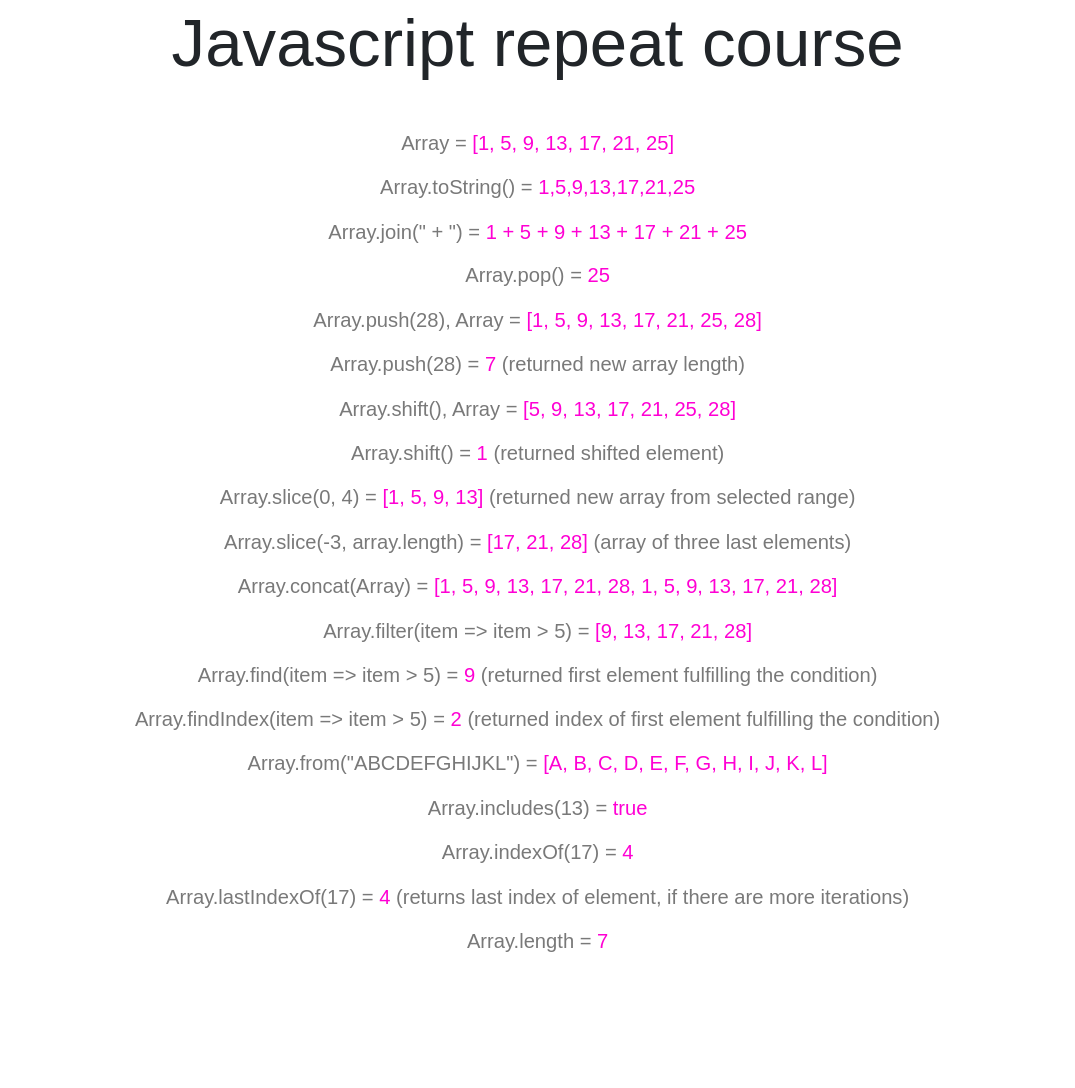
Repository: michalgornicki/javascript
Page: /
An editor plug-in stored every save of this project. The page is shown before and after a run of saves, followed by the edit.
The browser window is 1280 px wide. The pictures show the whole page, at 84% of full size.
The project was rebuilt for these pictures with package versions that can differ from the ones it lists, and the page was loaded fresh each time. Also part of the build but not shown: src/index.css.

Above is the page before, as saved 2022-01-31 13:24:58.

After the next 2 saves:
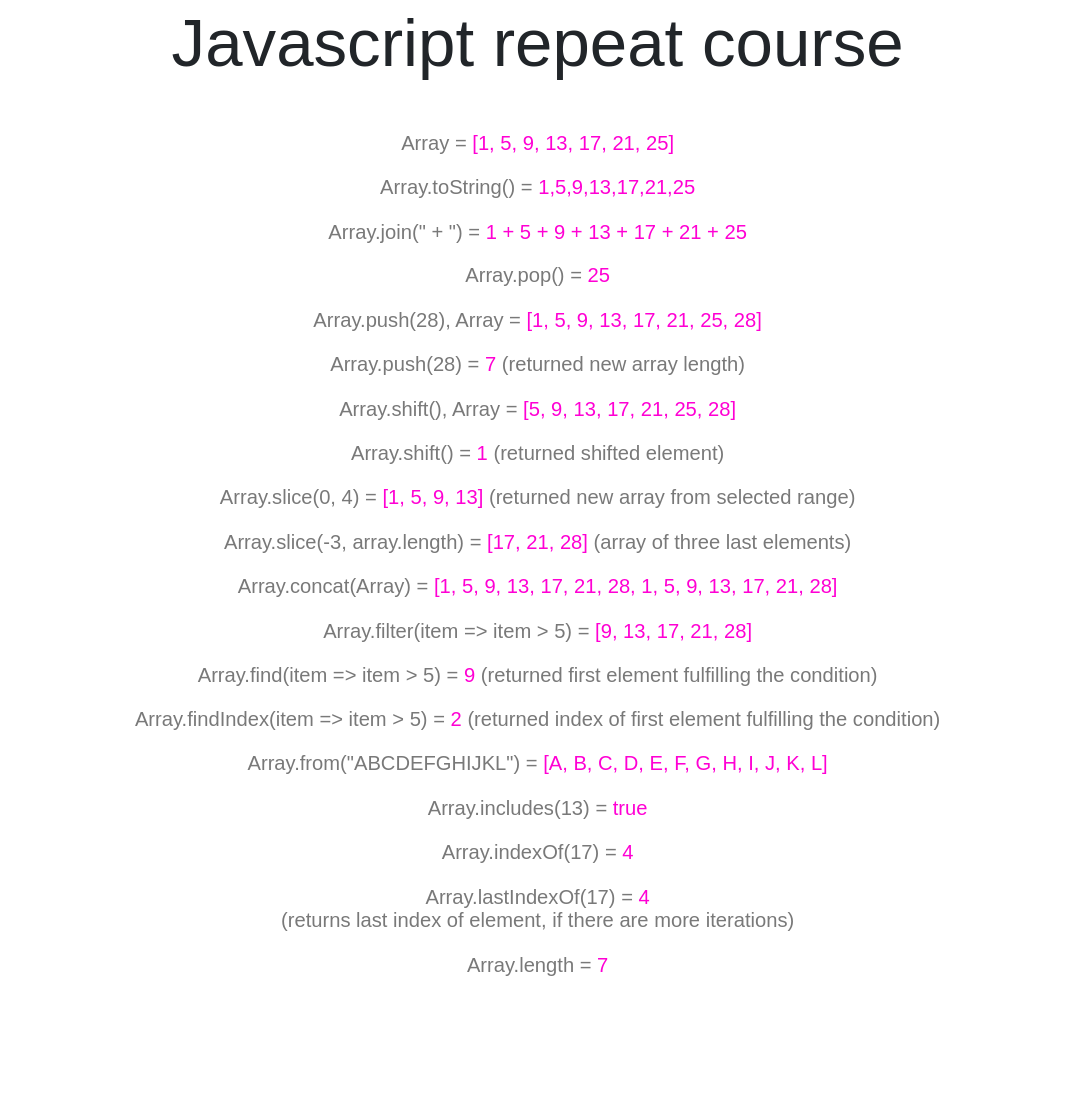
The 2 saves are shown as one change because they came seconds apart.
The last was saved 14 s later.
--- a/src/App.jsx
+++ b/src/App.jsx
@@ -102,7 +102,7 @@ function App() {
         <span className="">
          Array.lastIndexOf(17) =
         </span>
-        <span className="text-pink"> { array.lastIndexOf(17) } </span> (returns last index of element, if there are more iterations)
+        <span className="text-pink"> { array.lastIndexOf(17) } </span> <br></br> (returns last index of element, if there are more iterations)
       </div>
       <div className="js-item h4 py-2">
         {" "}
